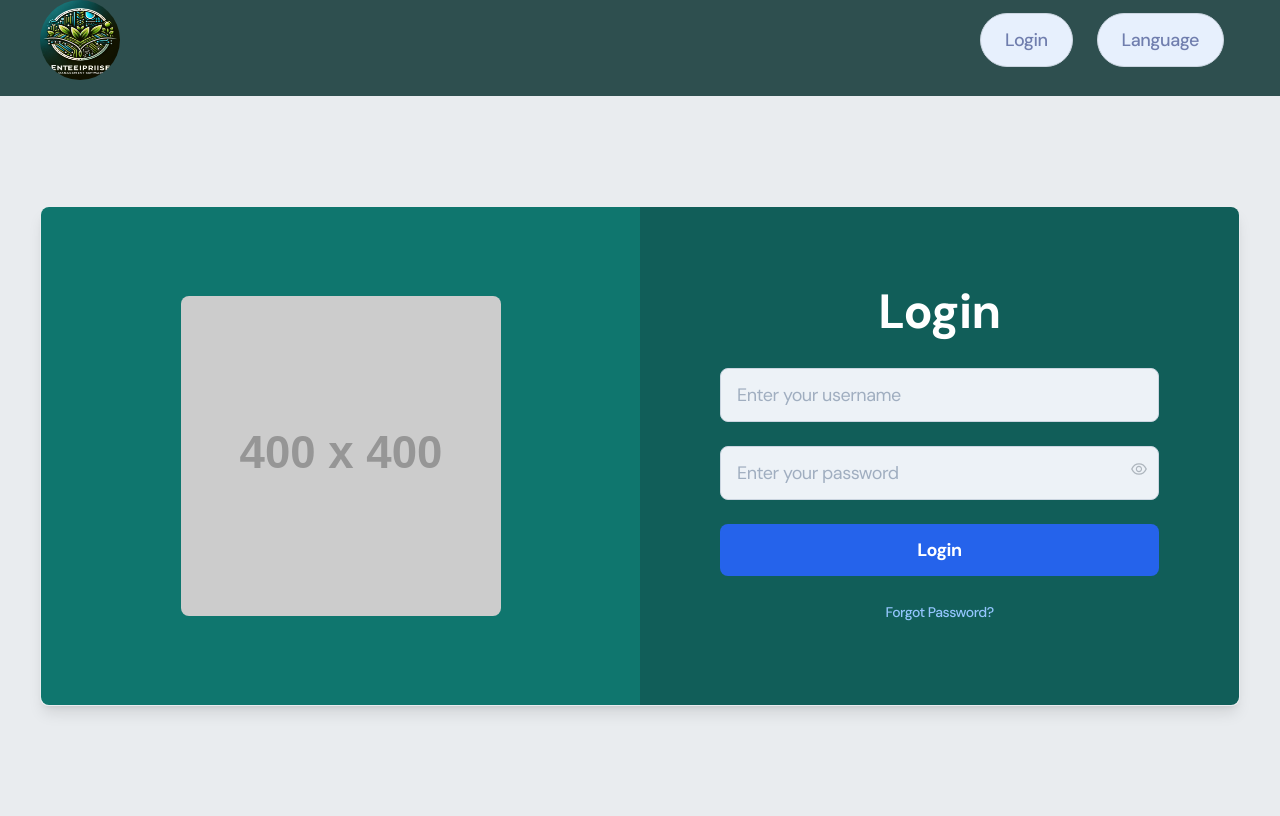
Repository: GinTee7/HR-Management
Page: / (app in Project-Management/)
An editor plug-in stored every save of this project. The page is shown before and after the next save, followed by the edit.
The browser window is 1280 px wide. The pictures show the whole page.
The project was rebuilt for these pictures with package versions that can differ from the ones it lists, and the page was loaded fresh each time. Also part of the build but not shown: Project-Management/vite.config.js, Project-Management/src/components/Login/ForgotPassword.jsx.

Above is the page before, as saved 2025-01-01 09:16:32.

After the next save:
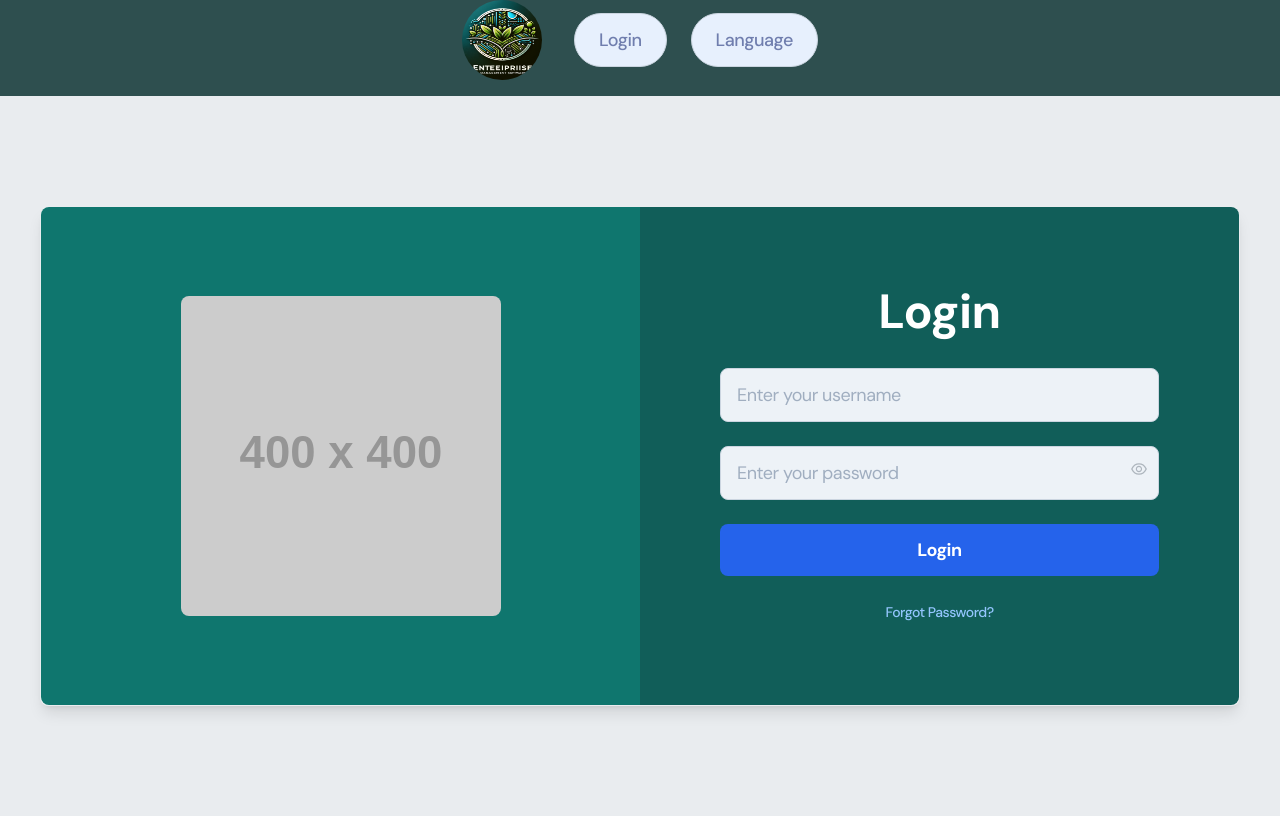
Saved 68 s later.
--- a/Project-Management/src/components/Login/Header.jsx
+++ b/Project-Management/src/components/Login/Header.jsx
@@ -12,20 +12,18 @@
   return (
     <nav className="bg-[#2E4F4F] shadow-md">
       <div className="h-24 px-6 mx-auto max-w-7xl sm:px-8 lg:px-10">
-        <div className="relative flex items-center justify-between h-20">
-          <div className="flex items-center justify-center flex-1 sm:justify-start">
-            <div className="flex items-center shrink-0">
-              <Link to="/">
-                <img
-                  alt="Logo"
-                  src={logo}
-                  className="w-20 h-20 rounded-full mp-6"
-                />
-              </Link>
-            </div>
+        <div className="relative flex items-center justify-center h-20">
+          <div className="flex items-center justify-center">
+            <Link to="/">
+              <img
+                alt="Logo"
+                src={logo}
+                className="w-20 h-20 rounded-full mp-6"
+              />
+            </Link>
           </div>
 
-          <div className="flex items-center pr-4">
+          <div className="flex items-center ml-8">
             <Link to="/">
               <button
                 type="button"
